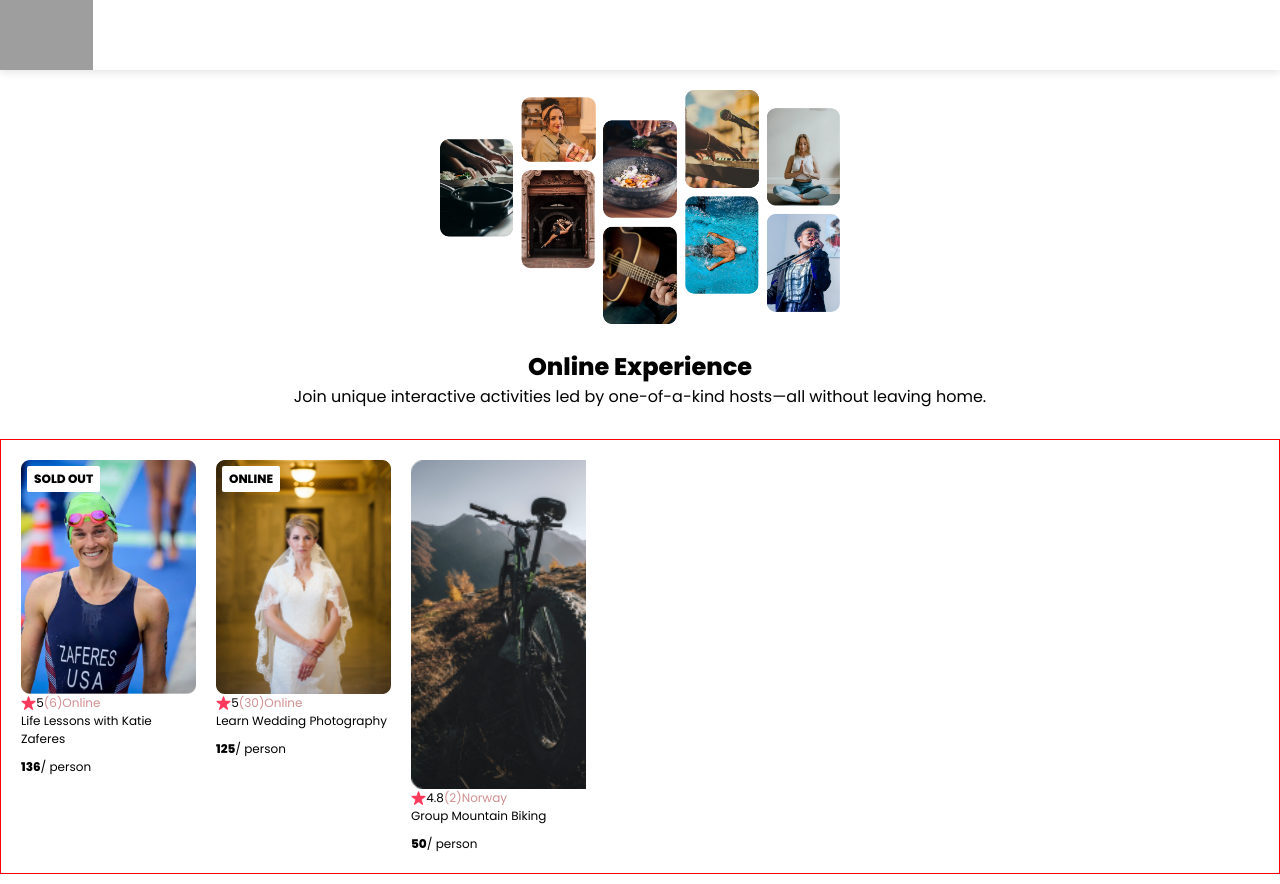
Repository: Richswag009/my-travel-journal
Page: /
An editor plug-in stored every save of this project. The page is shown before and after the next save, followed by the edit.
The browser window is 1280 px wide. The pictures show the whole page.
Pictures or frames that could not be fetched are drawn as grey boxes. Some web fonts or font styles are not loaded; a fallback is used. The project was rebuilt for these pictures with package versions that can differ from the ones it lists, and the page was loaded fresh each time.

Above is the page before, as saved 2022-06-17 22:38:28.

After the next save:
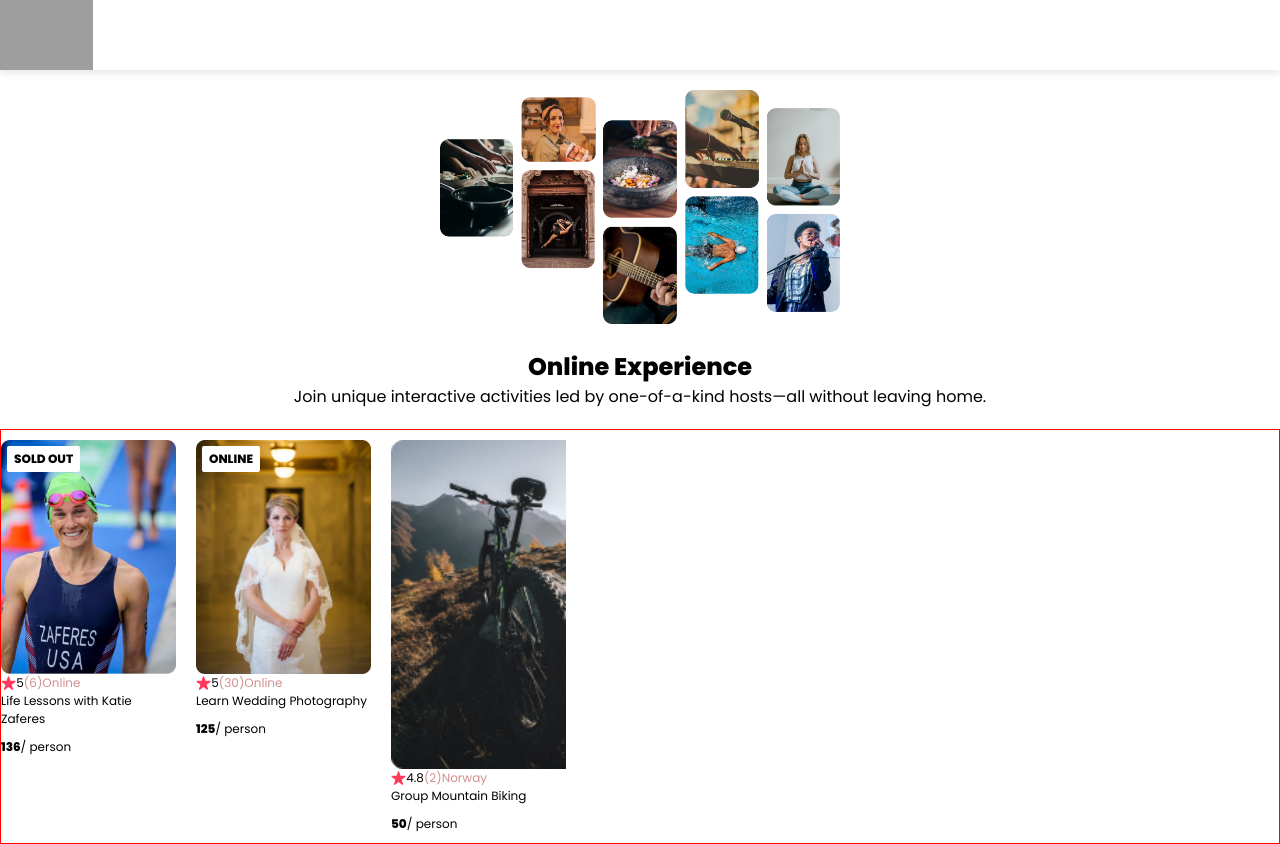
Saved 22 s later.
--- a/src/App.css
+++ b/src/App.css
@@ -36,7 +36,7 @@ text-align: center;
     flex-wrap: wrap;
     gap: 20px;
     border: 1px solid red;
-    margin: 10px 0;
+    padding: 10px 0;
     overflow-x: auto;
 
 }.card{
